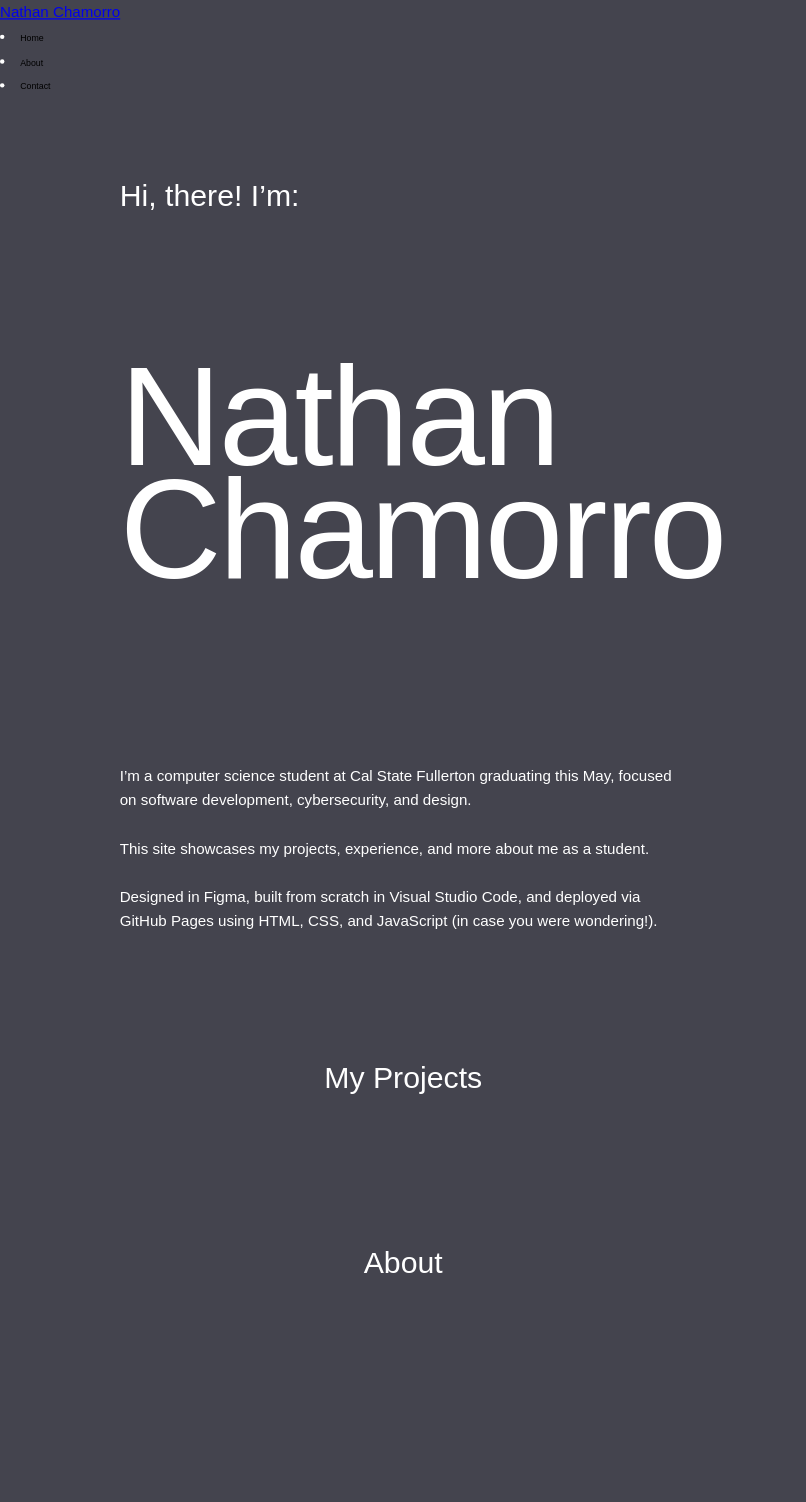
Repository: nathanchamorro1/nathanchamorro1.github.io
Page: index.html
The author's editor kept a copy of each file at every save. The page is drawn from the files as they stood at one save, then again after the next save.
The browser window is 1280 px wide. The pictures show the whole page, at 63% of full size.
Some web fonts or font styles are not loaded; a fallback is used.

Above is the page before, as saved 2026-02-17 16:56:39.

### index.html
<!DOCTYPE html>
<html lang="en">

<head>
<meta charset="UTF-8">
<meta name="viewport" content = "width=device-width,initial-scale=1">
<title>Nathan Chamorro's Portfolio</title>
<link rel = "icon" type = "image/x-icon" href = "/assets/snoopy-favicon.ico">
<link rel="stylesheet" href="https://use.typekit.net/lhh1weh.css">
<link rel="stylesheet" href="css/style.css">
</head>

<div class="layout">
  <nav class="sidebar">
    <a href="#home" class="nav-logo">Nathan Chamorro</a>
      <li><a href="#home" class="nav-link">Home</a></li>
            <li><a href="#about" class="nav-link">About</a></li>
      <li><a href="#contact" class="nav-link">Contact</a></li>
      </nav>

  <main class="content">
    <div class="content-wrapper">
  <section class="hero">
    <h2 class="reveal">Hi, there! I’m:</h2>
    <h1 class="reveal">Nathan Chamorro</h1>
  </section>
      <p class="reveal">
        <br>I’m a computer science student at Cal State Fullerton graduating this May, focused on software development, cybersecurity, and design. <br>
        <br>This site showcases my projects, experience, and more about me as a student.<br>
        <br>Designed in Figma, built from scratch in Visual Studio Code, and deployed via GitHub Pages using HTML, CSS, and JavaScript (in case you were wondering!). <br>
      </p>
    </section>

        <section id="projects" class="content-wrapper">
      <h3 class="reveal">My Projects</h3>
    </section>

    <section id="about" class="content-wrapper">
      <h3 class="reveal">About</h3>
    </section>

    <section id="contact" class="content-wrapper">
      <h3 class="reveal">Contact</h3>
    </section>
  </main>
</div>
<script src = "js/script.js"></script>

### css/style.css
body {
  background-color: #44444E;
  color: white;
  margin: 0;
  font-family: museo-sans, sans-serif;
  font-weight: 300;
  font-style: normal;
  font-variation-settings: "slnt" 0, "wght" 400;
  line-height: 1.6;
  font-size: 1.5rem;
}

.content-wrapper {
  max-width: 900px;
  margin: 0 auto;
  padding: 0 40px;
  padding-top: 80px;
  display: flex;
  flex-direction: column;
  gap: 40px;
}

.hero {
    min-height: calc(100vh - 80px);
    display: flex;
    align-items: flex-start;
    flex-direction: column;
    justify-content: center;
    text-align: left;
}

h1 {
    color: white;
    font-family: "instrument-serif", sans-serif;
    font-size: 14rem;
    font-weight: 400;
    font-variation-settings: "wght" 400;
    line-height: 0.8;
    margin: 0;
    letter-spacing: -0.02em;
    min-height: 100vh;
    display: flex;
    align-items: center;
    justify-content: center;
}

h2 {
    color: white;
    font-family: "instrument-serif", sans-serif;
    font-weight: 400;
    font-variation-settings: "wght" 400;
    font-size: 3rem;
    opacity: 0.8;
}

h3 {
    color: white;
    font-family: "instrument-serif", sans-serif;
    font-weight: 400;
    font-variation-settings: "wght" 400;
    font-size: 3rem;
    opacity: 0.8;
}

.reveal {
    opacity: 0;
    transform: translateY(20px);
    transition: opacity 0.7s ease, transform 0.7s ease;
}

.reveal-visible {
    opacity: 1;
    transform: translateY(0);
}

.navbar {
    position: fixed;
    top: 0;
    width: 100%;
    background: white;
    box-shadow: 0 2px 10px rgba(0,0,0,0.05);
    z-index: 1000;
}

.nav-container {
    max-width: 1000px;
    margin: 0 auto;
    display: flex;
    justify-content: space-between;
    align-items: left;
    padding: 15px 20px
}

.nav-menu {
    list-style: none;
    display: flex;
    gap: 25px;
    margin: 0;
    padding: 0;
}

.nav-link {
    text-decoration: none;
    color: black;
    font-size: 14px;
    position: relative;
}

.nav-link:hover {
    opacity: 0.6;
}

### js/script.js
const reveals = document.querySelectorAll(".reveal");

function revealOnScroll() {
  const windowHeight = window.innerHeight;

  reveals.forEach(el => {
    const elementTop = el.getBoundingClientRect().top;

    if (elementTop < windowHeight - 200) {
      el.classList.add("reveal-visible");
    }
  });
}

window.addEventListener("scroll", revealOnScroll);
revealOnScroll();

After the next save:
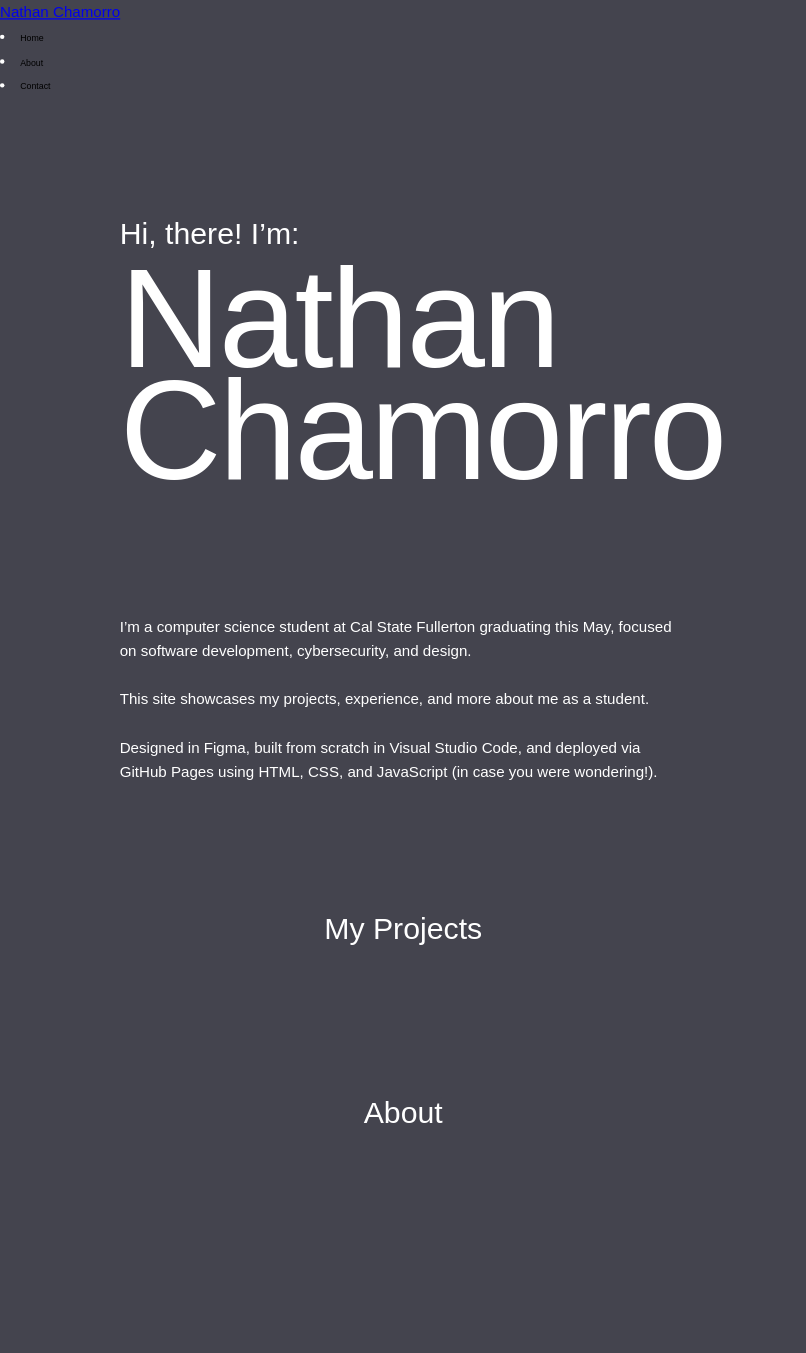
Saved 44 s later.
--- a/css/style.css
+++ b/css/style.css
@@ -38,10 +38,6 @@ h1 {
     line-height: 0.8;
     margin: 0;
     letter-spacing: -0.02em;
-    min-height: 100vh;
-    display: flex;
-    align-items: center;
-    justify-content: center;
 }
 
 h2 {
@@ -51,6 +47,8 @@ h2 {
     font-variation-settings: "wght" 400;
     font-size: 3rem;
     opacity: 0.8;
+    margin-bottom: 5px;
+    margin-top: 0;
 }
 
 h3 {
